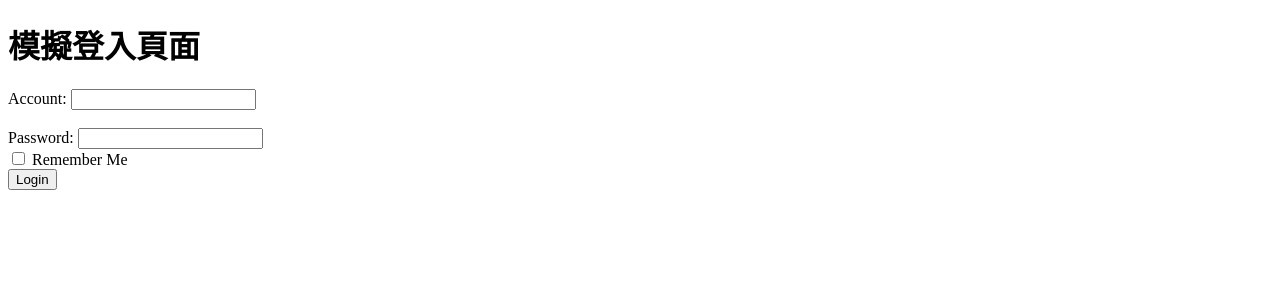
Repository: fgh64hfhk/webworkspace
Page: eeit82_web/src/main/webapp/web61.html
These files come from the project's save history. The page is drawn as it stood at one moment and after the next save; the edit follows.
The browser window is 1280 px wide. The pictures show the whole page.

Above is the page before, as saved 2024-05-13 08:12:26.

### eeit82_web/src/main/webapp/web61.html
<!DOCTYPE html>
<html>
	<head>
		<meta charset="UTF-8">
		<title>web61 page</title>
		<script type="text/javascript" src="js/cookies.js"></script>
	</head>
	<body>
		<h1>模擬登入頁面</h1>
		<form action="web62.jsp" onsubmit="return false;">
			Account:
			<input name="account" id="account" /><br /><br />
			Password:
			<input name="passwd" id="passwd" /><br />
			<input type="checkbox" id="remember" /> Remember Me<br />
			<input type="submit" value="Login" />
		</form>
	</body>
</html>

Loaded but not shown: eeit82_web/src/main/webapp/js/cookies.js (no copy from this time; the picture is the same without it)

After the next save:
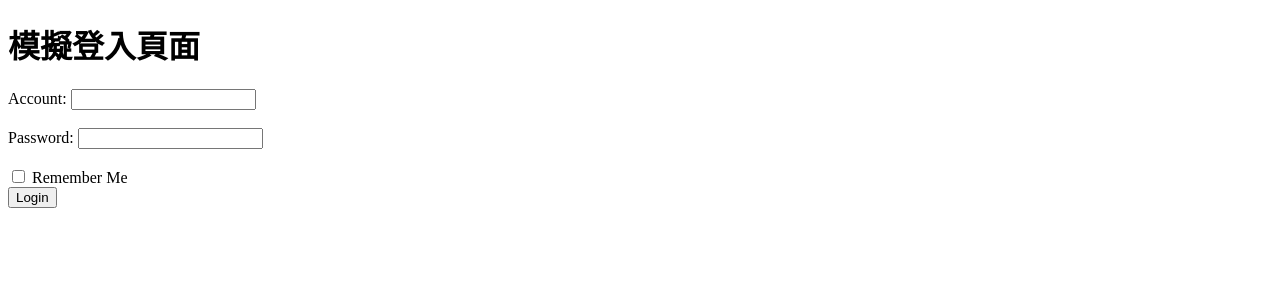
Saved 9 s later.
--- a/eeit82_web/src/main/webapp/web61.html
+++ b/eeit82_web/src/main/webapp/web61.html
@@ -11,7 +11,7 @@
 			Account:
 			<input name="account" id="account" /><br /><br />
 			Password:
-			<input name="passwd" id="passwd" /><br />
+			<input name="password" id="password" /><br /><br />
 			<input type="checkbox" id="remember" /> Remember Me<br />
 			<input type="submit" value="Login" />
 		</form>
